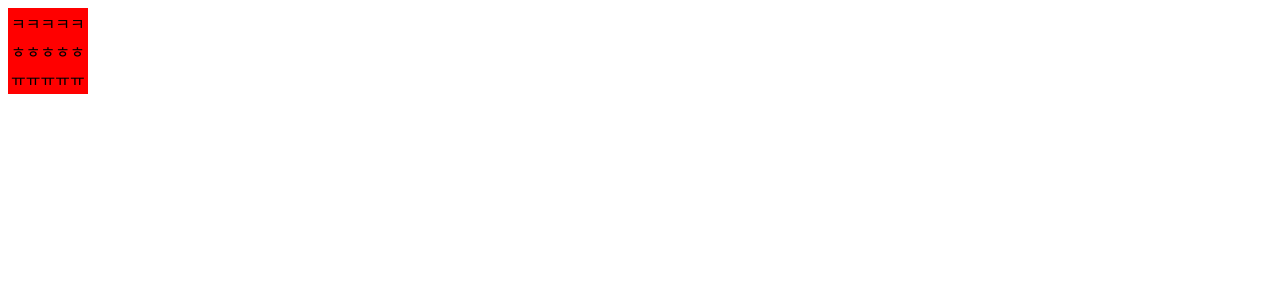
Repository: AgentHyun/FishDalle3
Page: Feb13_1_jQuery/WebContent/5_Example.html
These files come from the project's save history. The page is drawn as it stood at one moment and after the next save; the edit follows.
The browser window is 1280 px wide. The pictures show the whole page.

Above is the page before, as saved 2025-02-13 07:07:59.

After the next save:
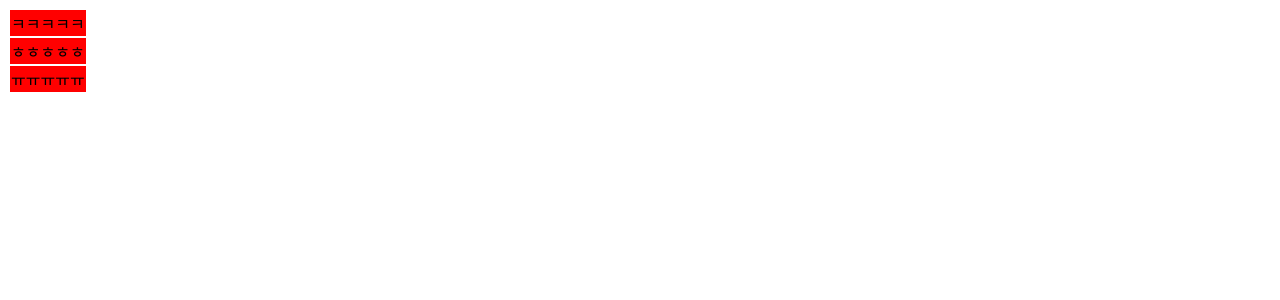
Saved 9 s later.
--- a/Feb13_1_jQuery/WebContent/5_Example.html
+++ b/Feb13_1_jQuery/WebContent/5_Example.html
@@ -14,7 +14,7 @@ $(function(){
 	// ㅠㅠㅠㅠㅠㅠ=> 글자색 : yellow/ 배경색 : teal
 
 
-	  $("table").each(function(i, h){
+	  $("td").each(function(i, h){
 
 	      $(h).css("font-color", "green");
 	      $(h).css("background-color", "red");
